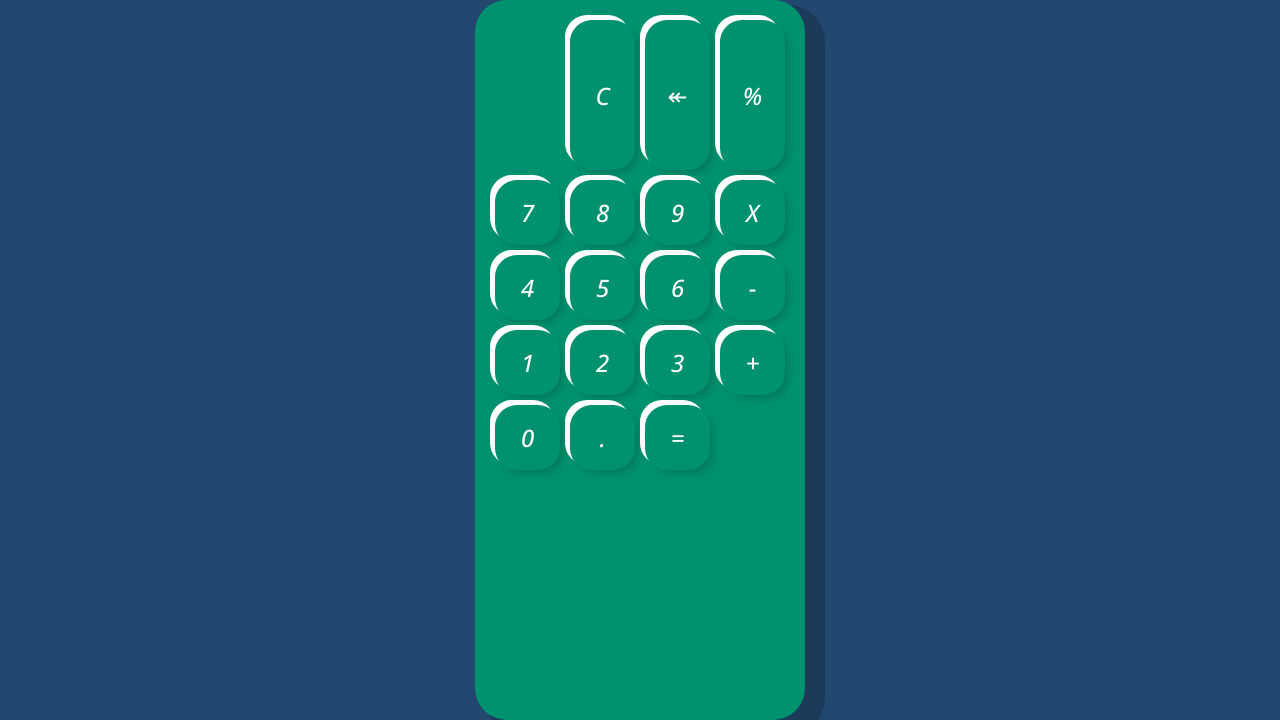
Repository: jhonenmanuel1/javaScript-calculator
Page: src/index.html
The author's editor kept a copy of each file at every save. The page is drawn from the files as they stood at one save, then again after the next save.
The browser window is 1280 px wide. The pictures show the whole page.

Above is the page before, as saved 2022-08-02 23:28:12.

### src/index.html
<!DOCTYPE html>
<html lang="en">
  <head>
    <meta charset="UTF-8" />
    <meta http-equiv="X-UA-Compatible" content="IE=edge" />
    <meta name="viewport" content="width=device-width, initial-scale=1.0" />
    <title>JavaScript Calculator</title>
    <link href="https://fonts.googleapis.com/css2?family=Open+Sans:ital,wght@1,500&display=swap" rel="stylesheet">
    <link href="styles.css" rel="stylesheet"/>
  </head>
  <body>
    <div class="container">
      <div class="calculator">
        <div class="display">
          <div id="last-value"></div>
          <div id="actual-value"></div>
        </div>
        <button class="col-2"> C</button>
        <button>&Larr;</button>
        <button class="number">%</button>
        <button class="number">7</button>
        <button class="number">8</button>
        <button class="number">9</button>
        <button class="operator" >X</button>
        <button class="number">4</button>
        <button class="number">5</button>
        <button class="number">6</button>
        <button class="operator">-</button>
        <button class="number">1</button>
        <button class="number">2</button>
        <button class="number">3</button>
        <button class="operator">+</button>
        <button class=" col-2 number">0</button>
        <button class="number">.</button>
        <button class="operator">=</button>
      </div>
    </div>
  </body>
</html>

### src/styles.css
* {
    font-family: 'Open Sans', sans-serif;
    color: #fff;
}
body{
    margin: 0;
    background-color: #224870;
}
.container{
    display: flex;
    justify-content: center;
    height: 100vh;

}
.calculator{
    display: grid;
    grid-template-columns: repeat(4, 75px);
    grid-template-rows: 160px repeat(5, 75px);
    background-color: #00916e;
    padding: 15px;
    border-radius: 32px;
    box-shadow: 15px  10px 0px 5px #00000033;

}
button{
    cursor: pointer;
    margin: 5px;
    padding: 0;
    border-radius: 22px;
    font-size: 1.5em;
    background-color: #00916e ;
    border: none;
    box-shadow: 5px 5px 10px -3px  #00000033, -5px -5px;
}

After the next save:
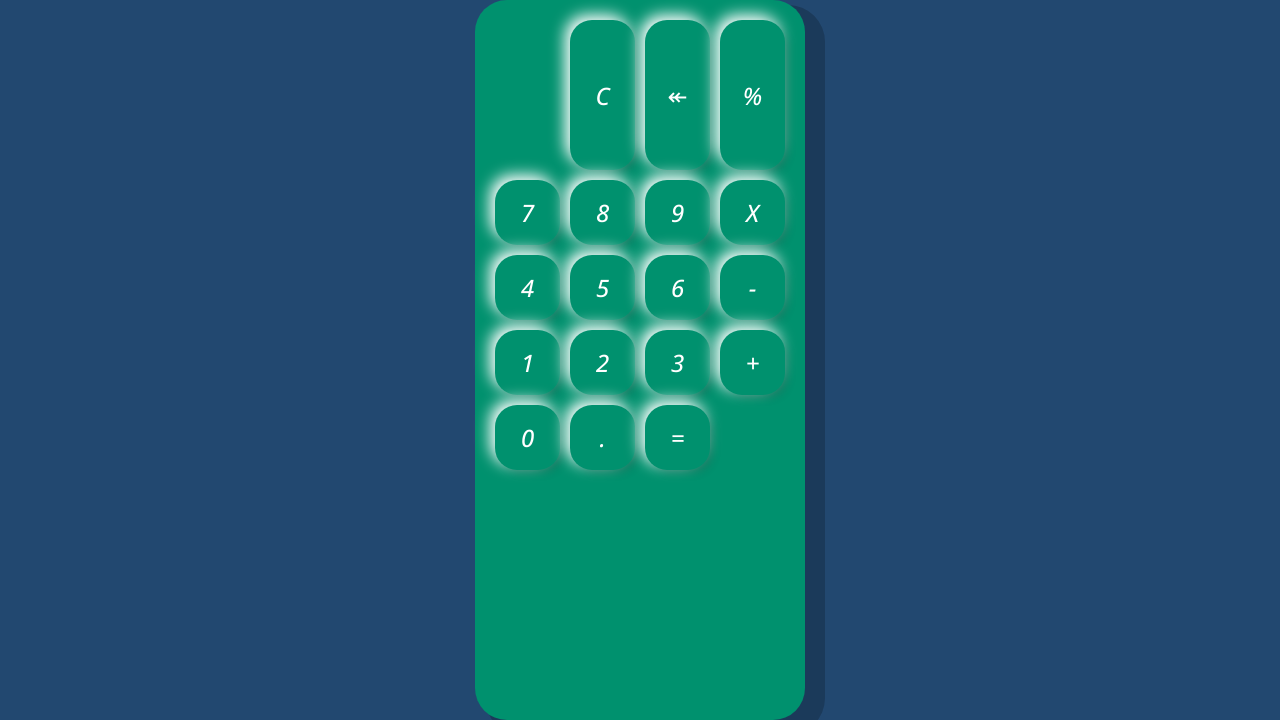
Saved 11 s later.
--- a/src/styles.css
+++ b/src/styles.css
@@ -30,5 +30,5 @@ button{
     font-size: 1.5em;
     background-color: #00916e ;
     border: none;
-    box-shadow: 5px 5px 10px -3px  #00000033, -5px -5px;
+    box-shadow: 5px 5px 10px -3px  #00000033, -5px -5px 15px ;
 }
